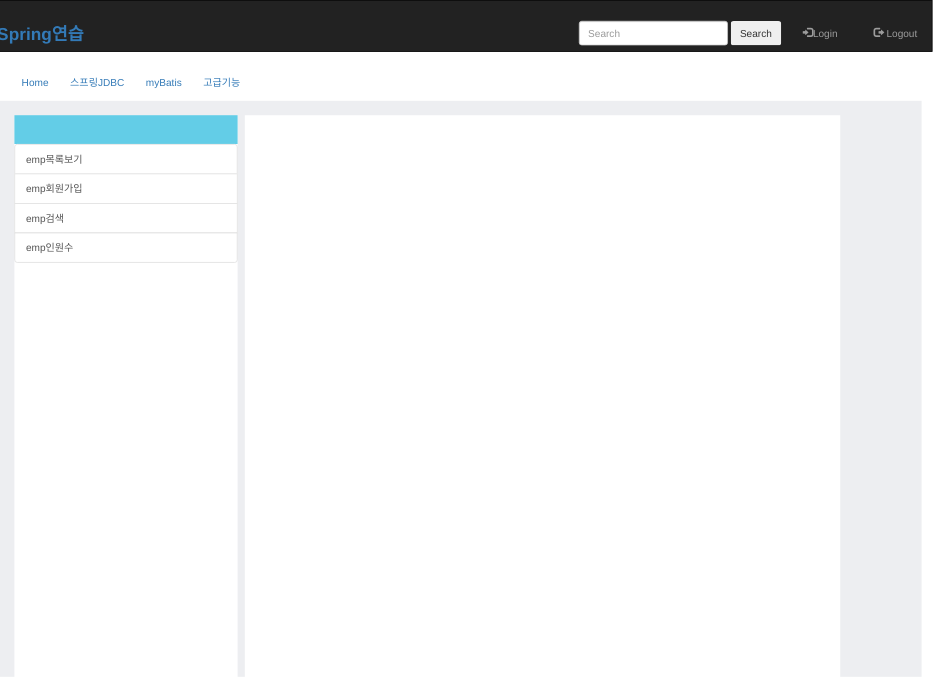
Repository: tawn0414/sts
Page: http://localhost/springmvc/template/mainLayout.jsp
An editor plug-in stored every save of this project. The page is shown before and after the next save, followed by the edit.
The browser window is 1280 px wide. The page is 1309 px wide, so the pictures cover 1309 px, including what lies to the right of the window. The pictures show the whole page, at 72% of full size.
The page is served by Tomcat 9.

Above is the page before, as saved 2020-01-29 06:48:30.

After the next save:
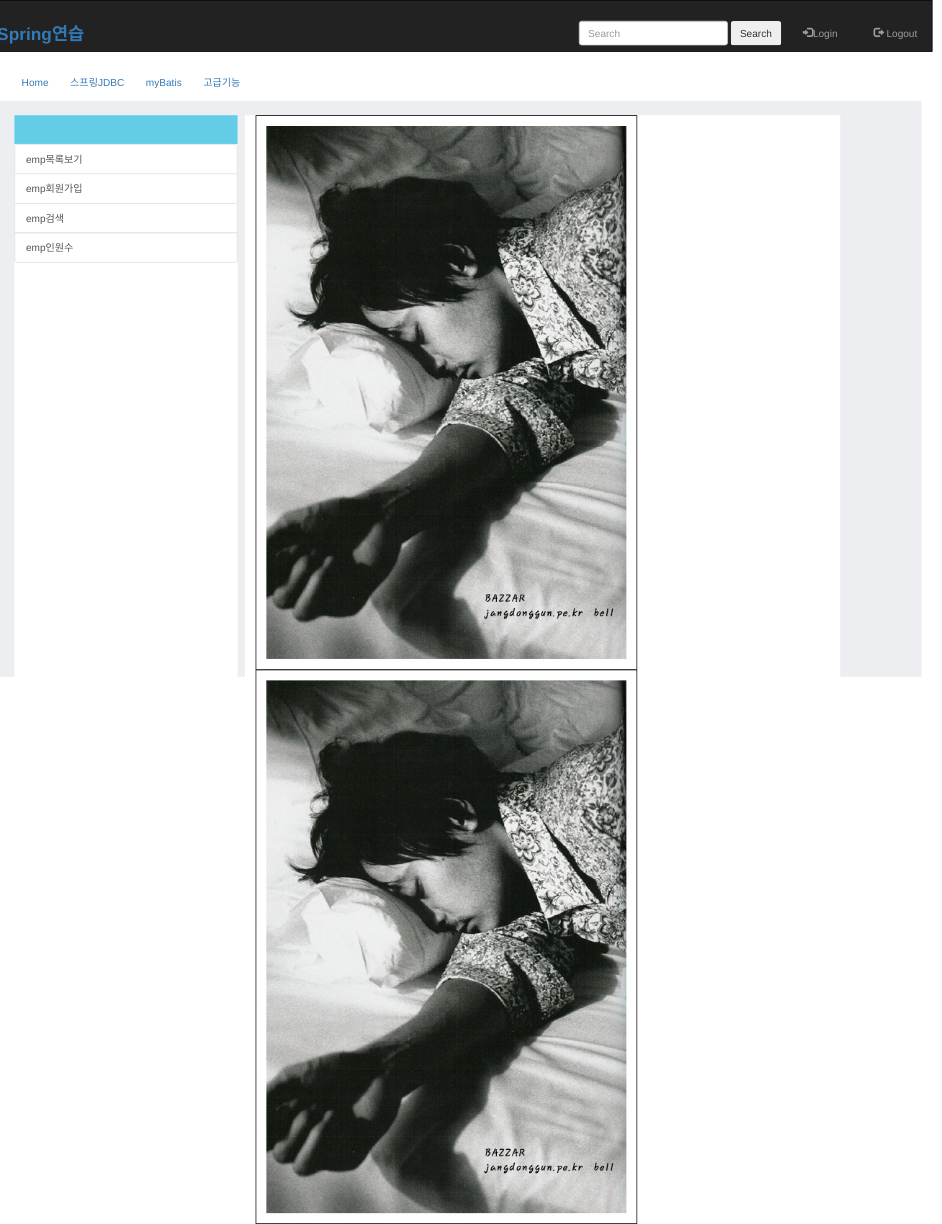
Saved 31 s later.
--- a/springmvc/WebContent/template/mainLayout.jsp
+++ b/springmvc/WebContent/template/mainLayout.jsp
@@ -46,7 +46,7 @@
       				 </div>
 			 	</div>
 			 	<div class="col-sm-8" style="background-color: white;height: 800px;">
-
+					<jsp:include page="content.jsp"></jsp:include>
 
 			 	</div>
 			</div>
